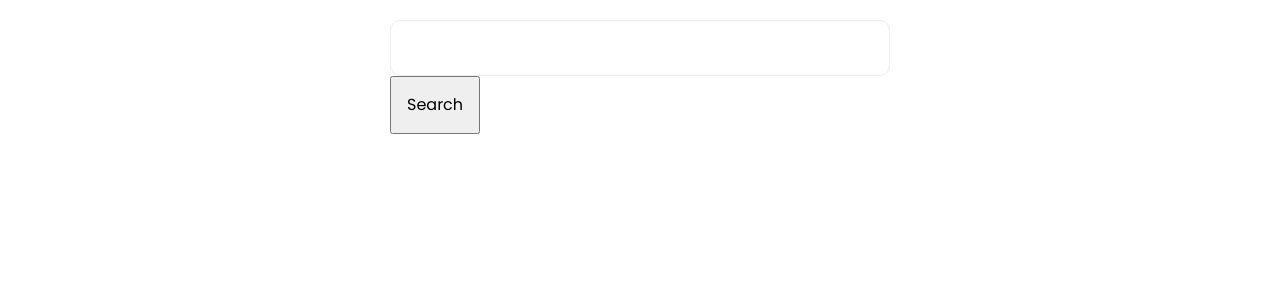
Repository: hoang0508/ReactJsDevWork
Page: /
These files come from the project's save history. The page is drawn as it stood at one moment and after the next save; the edit follows.
The browser window is 1280 px wide. The pictures show the whole page.
The project was rebuilt for these pictures with package versions that can differ from the ones it lists, and the page was loaded fresh each time.

Above is the page before, as saved 2022-02-11 21:25:57.

After the next save:
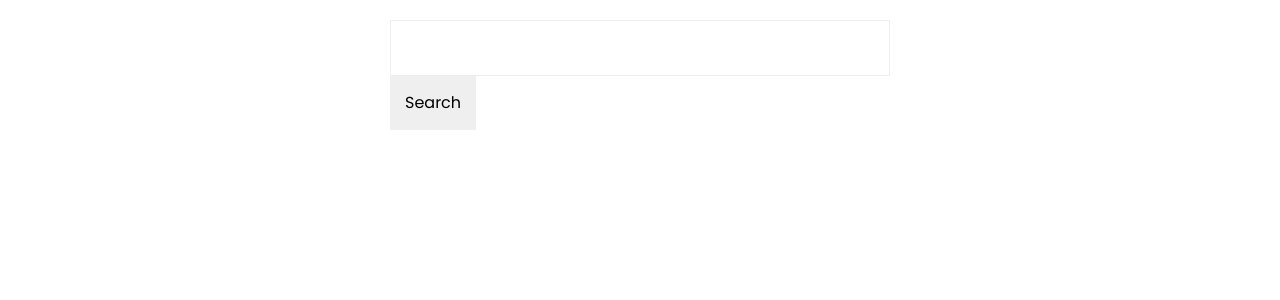
Saved 35 s later.
--- a/src/components/YTBSearch/YoutubeSearch.scss
+++ b/src/components/YTBSearch/YoutubeSearch.scss
@@ -9,9 +9,11 @@
     border: 1px solid #eee;
     outline: none;
     padding: 15px;
-    border-radius: 10px;
+    // border-radius: 10px;
   }
   &-btn {
     padding: 15px;
+    border: 0;
+    // border-radius: 10px;
   }
 }
